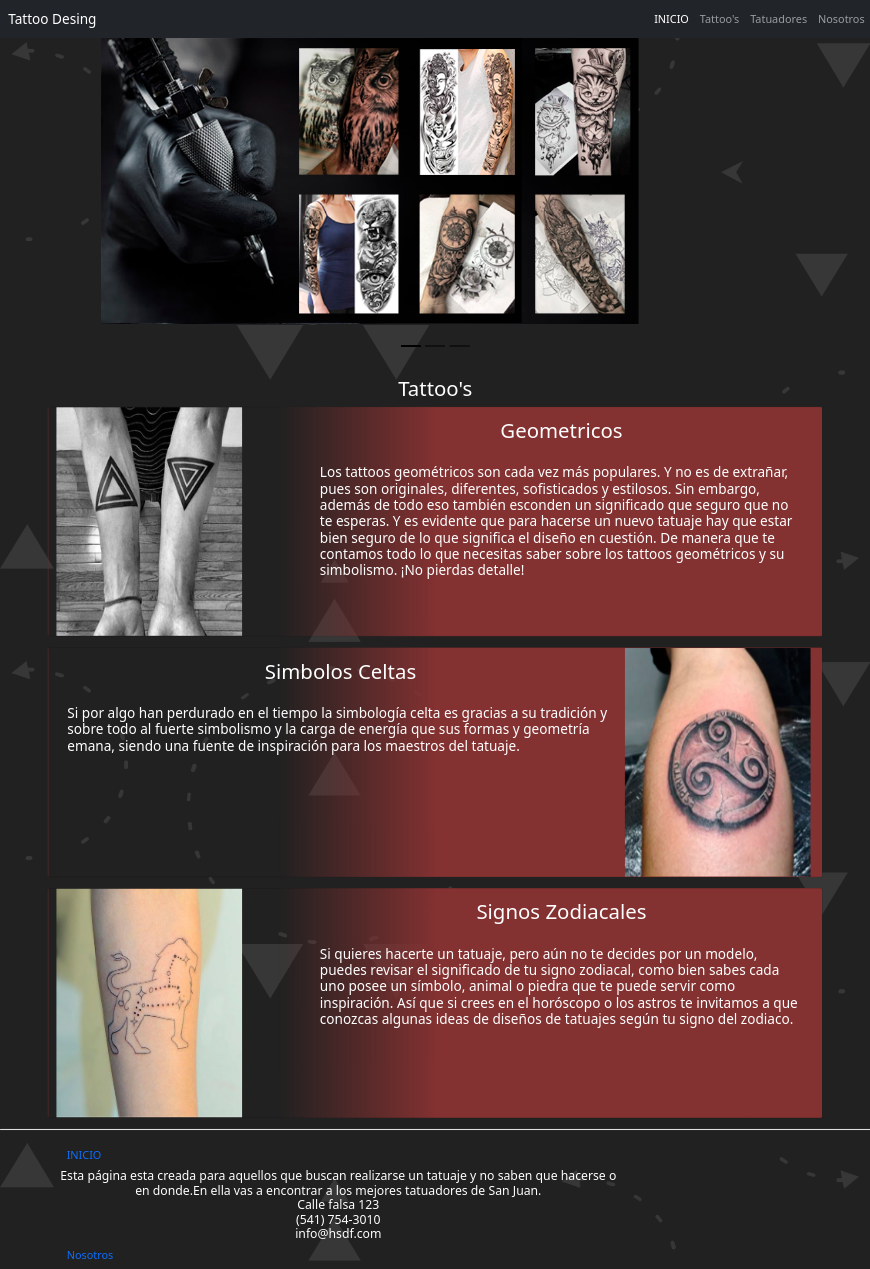
Repository: Vladimir-22/TatooDesign
Page: index.html
These files come from the project's save history. The page is drawn as it stood at one moment and after the next save; the edit follows.
The browser window is 1280 px wide. The pictures show the whole page, at 68% of full size.
Some web libraries are served in a nearby version.

Above is the page before, as saved 2021-05-19 21:44:37.

### index.html
<!DOCTYPE html>
<html lang="es">
  <head>
    <meta charset="UTF-8" />
    <meta http-equiv="X-UA-Compatible" content="IE=edge" />
    <meta name="viewport" content="width=device-width, initial-scale=1.0" />
    <link
      href="https://cdn.jsdelivr.net/npm/bootstrap@5.0.0-beta3/dist/css/bootstrap.min.css"
      rel="stylesheet"
      integrity="sha384-eOJMYsd53ii+scO/bJGFsiCZc+5NDVN2yr8+0RDqr0Ql0h+rP48ckxlpbzKgwra6"
      crossorigin="anonymous"
    />
    <script
      src="https://cdn.jsdelivr.net/npm/bootstrap@5.0.0-beta3/dist/js/bootstrap.bundle.min.js"
      integrity="sha384-JEW9xMcG8R+pH31jmWH6WWP0WintQrMb4s7ZOdauHnUtxwoG2vI5DkLtS3qm9Ekf"
      crossorigin="anonymous"
    ></script>
    <script
      src="https://cdn.jsdelivr.net/npm/bootstrap@5.0.0-beta3/dist/js/bootstrap.bundle.min.js"
      integrity="sha384-JEW9xMcG8R+pH31jmWH6WWP0WintQrMb4s7ZOdauHnUtxwoG2vI5DkLtS3qm9Ekf"
      crossorigin="anonymous"
    ></script>
    <script
      src="https://cdn.jsdelivr.net/npm/@popperjs/core@2.9.1/dist/umd/popper.min.js"
      integrity="sha384-SR1sx49pcuLnqZUnnPwx6FCym0wLsk5JZuNx2bPPENzswTNFaQU1RDvt3wT4gWFG"
      crossorigin="anonymous"
    ></script>
    <script
      src="https://cdn.jsdelivr.net/npm/bootstrap@5.0.0-beta3/dist/js/bootstrap.min.js"
      integrity="sha384-j0CNLUeiqtyaRmlzUHCPZ+Gy5fQu0dQ6eZ/xAww941Ai1SxSY+0EQqNXNE6DZiVc"
      crossorigin="anonymous"
    ></script>
    <link
      rel="stylesheet"
      href="https://use.fontawesome.com/releases/v5.8.1/css/all.css"
      integrity="sha384-50oBUHEmvpQ+1lW4y57PTFmhCaXp0ML5d60M1M7uH2+nqUivzIebhndOJK28anvf"
      crossorigin="anonymous"
    />
    <link rel="stylesheet" href="css/styles.css" />
    <title>Tattoo Desing</title>
  </head>

  <body>
    <nav class="navbar navbar-expand-lg navbar-dark bg-dark">
      <div class="container-fluid">
        <!-- <i class="fas fa-bars"></i> -->

        <div class="col-md-9">
          <a class="navbar-brand" href="#">Tattoo Desing</a>

          <button
            class="navbar-toggler"
            type="button"
            data-bs-toggle="collapse"
            data-bs-target="#navbarNav"
            aria-controls="navbarNav"
            aria-expanded="false"
            aria-label="Toggle navigation"
          >
            <span class="navbar-toggler-icon"></span>
          </button>
        </div>

        <div class="col-md-3 collapse navbar-collapse" id="navbarNav">
          <ul class="navbar-nav">
            <li class="nav-item">
              <a class="nav-link active" aria-current="page" href="#">INICIO</a>
            </li>
            <li class="nav-item">
              <a class="nav-link" href="tattoo's.html">Tattoo's</a>
            </li>
            <li class="nav-item">
              <a class="nav-link" href="tatuadores.html">Tatuadores</a>
            </li>
            <li class="nav-item">
              <a
                class="nav-link"
                href="nosotros.html"
                tabindex="-1"
                aria-disabled="true"
                >Nosotros</a
              >
            </li>
          </ul>
        </div>
      </div>
    </nav>

    <div class="container">
      <div class="row" id="carrusel">
        <div
          id="carouselExampleDark"
          class="carousel carousel-dark slide"
          data-bs-ride="carousel"
        >
          <div class="carousel-indicators">
            <button
              type="button"
              data-bs-target="#carouselExampleDark"
              data-bs-slide-to="0"
              class="active"
              aria-current="true"
              aria-label="Slide 1"
            ></button>
            <button
              type="button"
              data-bs-target="#carouselExampleDark"
              data-bs-slide-to="1"
              aria-label="Slide 2"
            ></button>
            <button
              type="button"
              data-bs-target="#carouselExampleDark"
              data-bs-slide-to="2"
              aria-label="Slide 3"
            ></button>
          </div>

          <div class="carousel-inner">
            <div class="carousel-item active" data-bs-interval="10000">
              <img
                id="imgCarrusel"
                src="./Agos/Carrusel/trae-tu-diseño.png"
                class="d-block w-20"
                alt="..."
              />
              <!-- <div class="carousel-caption d-none d-md-block">
                            <h5>First slide label</h5>
                            <p>Some representative placeholder content for the first slide.</p>
                        </div> -->
            </div>
            <div class="carousel-item" data-bs-interval="4000">
              <img
                id="imgCarrusel"
                src="./Agos/Carrusel/Tendencias.png"
                class="d-block w-20"
                alt="..."
              />
              <!-- <div class="carousel-caption d-none d-md-block">
                            <h5>Second slide label</h5>
                            <p>Some representative placeholder content for the second slide.</p>
                        </div> -->
            </div>
            <div class="carousel-item" data-bs-interval="2000">
              <img
                id="imgCarrusel"
                src="./Agos/Carrusel/Tatuadores-banner.png"
                class="d-block w-20"
                alt="..."
              />
              <!-- <div class="carousel-caption d-none d-md-block">
                            <h5>Third slide label</h5>
                            <p>Some representative placeholder content for the third slide.</p>
                        </div> -->
            </div>
          </div>

          <!-- <button class="carousel-control-prev" type="button" data-bs-target="#carouselExampleDark" data-bs-slide="prev">
                  <span class="carousel-control-prev-icon" aria-hidden="true"></span>
                  <span class="visually-hidden">Previous</span>
                </button>
                <button class="carousel-control-next" type="button" data-bs-target="#carouselExampleDark" data-bs-slide="next">
                  <span class="carousel-control-next-icon" aria-hidden="true"></span>
                  <span class="visually-hidden">Next</span>
                </button> -->
        </div>
      </div>

      <div class="row section2 text-center">
        <h1>Tattoo's</h1>
      </div>

      <div class="row">
        <!-- <div class="card mb-3">
                <img src="./Pedro/Categorías - Signos Zodiacales/Simbolos Celtas.PNG" class="card-img-top" alt="...">
                <div class="card-body">
                    <h5 class="card-title">Card title</h5>
                    <p class="card-text">This is a wider card with supporting text below as a natural lead-in to additional content. This content is a little bit longer.</p>
                    <p class="card-text"><small class="text-muted">Last updated 3 mins ago</small></p>
                </div>
            </div> -->

        <div id="Geometricos" class="card mb-3" style="max-width: auto">
          <div class="row g-0">
            <div class="col-md-4">
              <img
                id="imagen"
                src="./Pedro/Categorías - descripcion inicio/Tatuajes Geometricos.jpg"
                alt="..."
              />
            </div>
            <div class="col-md-8">
              <div class="card-body">
                <h1 class="card-title">Geometricos</h1>
                <br />
                <h5 id="descrip-gral" class="card-text">
                  Los tattoos geométricos son cada vez más populares. Y no es de
                  extrañar, pues son originales, diferentes, sofisticados y
                  estilosos. Sin embargo, además de todo eso también esconden un
                  significado que seguro que no te esperas. Y es evidente que
                  para hacerse un nuevo tatuaje hay que estar bien seguro de lo
                  que significa el diseño en cuestión. De manera que te contamos
                  todo lo que necesitas saber sobre los tattoos geométricos y su
                  simbolismo. ¡No pierdas detalle!
                </h5>
                <!-- <p class="card-text"><small class="text-muted">Última actualización 3 minutos</small></p> -->
              </div>
            </div>
          </div>
        </div>

        <div id="Celtas" class="card mb-3" style="max-width: auto">
          <div class="row g-0">
            <div class="col-md-9">
              <div class="card-body">
                <h1 class="card-title">Simbolos Celtas</h1>
                <br />
                <h5 id="descrip-gral" class="card-text">
                  Si por algo han perdurado en el tiempo la simbología celta es
                  gracias a su tradición y sobre todo al fuerte simbolismo y la
                  carga de energía que sus formas y geometría emana, siendo una
                  fuente de inspiración para los maestros del tatuaje.
                </h5>
                <!-- <p class="card-text"><small class="text-muted">Última actualización 3 minutos</small></p> -->
              </div>
            </div>
            <div class="col-md-3">
              <img
                id="imagen"
                src="./Pedro/Categorías - descripcion inicio/Simbolos Celtas.jpg"
                alt="..."
              />
            </div>
          </div>
        </div>

        <div id="Zodiacales" class="card mb-3" style="max-width: auto">
          <div class="row g-0">
            <div class="col-md-4">
              <img
                id="imagen"
                src="./Pedro/Categorías - descripcion inicio/Signos Zodiacales.jpg"
                alt="..."
              />
            </div>
            <div class="col-md-8">
              <div class="card-body">
                <h1 class="card-title">Signos Zodiacales</h1>
                <br />
                <h5 id="descrip-gral" class="card-text">
                  Si quieres hacerte un tatuaje, pero aún no te decides por un
                  modelo, puedes revisar el significado de tu signo zodiacal,
                  como bien sabes cada uno posee un símbolo, animal o piedra que
                  te puede servir como inspiración. Así que si crees en el
                  horóscopo o los astros te invitamos a que conozcas algunas
                  ideas de diseños de tatuajes según tu signo del zodiaco.
                </h5>
                <!-- <p class="card-text"><small class="text-muted">Última actualización 3 minutos</small></p> -->
              </div>
            </div>
          </div>
        </div>
      </div>
    </div>
  </body>
  <footer>
    <div class="footer" id="footer">
      <div id="footer" class="card mb-3" style="auto"></div>
        <div class="container">
            <div class="row">
                <div class="col-md-2">
                    <div class="col align-self-start">
                        <a class="nav-link active" aria-current="page" href="#">INICIO</a>
                    </div>
                </div>
            </div>
            <div class="row">
                <div class="col-md-9">
                    <h3 id="descrip-gral" class="card-text">
                        Esta página esta creada para aquellos que buscan realizarse un
                        tatuaje y no saben que hacerse o en donde.En ella vas a
                        encontrar a los mejores tatuadores de San Juan.<br />
                        Calle falsa 123<br />
                        (541) 754-3010<br />
                        info@hsdf.com<br />
                    </h3>
                </div>
            </div>
            <div class="row">
                <div class="col-md-3">
                    <a class="nav-link" href="nosotros.html" tabindex="-1" aria-disabled="true" >Nosotros</a>
                </div>
            </div>
      </div>
    </div>
  </footer>
</html>

### css/styles.css
body {
    margin: 0 !important;
    padding: 0;
    position: relative;
    /*width: 1440px;
    height: 1024px;*/
    background: #212121;
    background-image: url(../Daniela/Background.png);
    background-position: center;
    background-size: contain;
    /* font-family: NanumGothic; */
}

.section2 {
    margin-top: 7%;
    color: white;
}

.section3 {
    margin-top: 3%;
    color: white;
}

h1 {
    font-size: 30px;
}

h2 {
    font-size: 21px;
}

h3 {
    font-size: 18px;
}

h1,
h2,
h3 {
    color: white;
    text-align: center;
}


/*.card img {
    width: 30%;
    height: 30%;
    align-content: center;
} */

nav {
    position: absolute;
    left: 0% !important;
    right: 0% !important;
    top: 0% !important;
    bottom: 0% !important;
    background: #000000 !important;
}

.carousel-indicators {
    left: 0% !important;
    right: 0% !important;
    top: 105% !important;
    bottom: 0% !important;
    margin-top: 0% !important;
}

.carousel-inner {
    left: 6% !important;
    right: 0% !important;
    top: 0% !important;
}



#Geometricos,
#Celtas,
#Zodiacales{
    background: linear-gradient(270deg, #833131 50%, rgba(131, 49, 49, 0) 70.34%);
    border-radius: 4px;
}

#nosotros
{
    background: none;
}

#descrip-gral {
    color: white;
}

#imagen {
    width: 273px;
    height: 336px;
}

#Celtas #imagen {
    right: 100% !important;
    top: 660px;
}

After the next save:
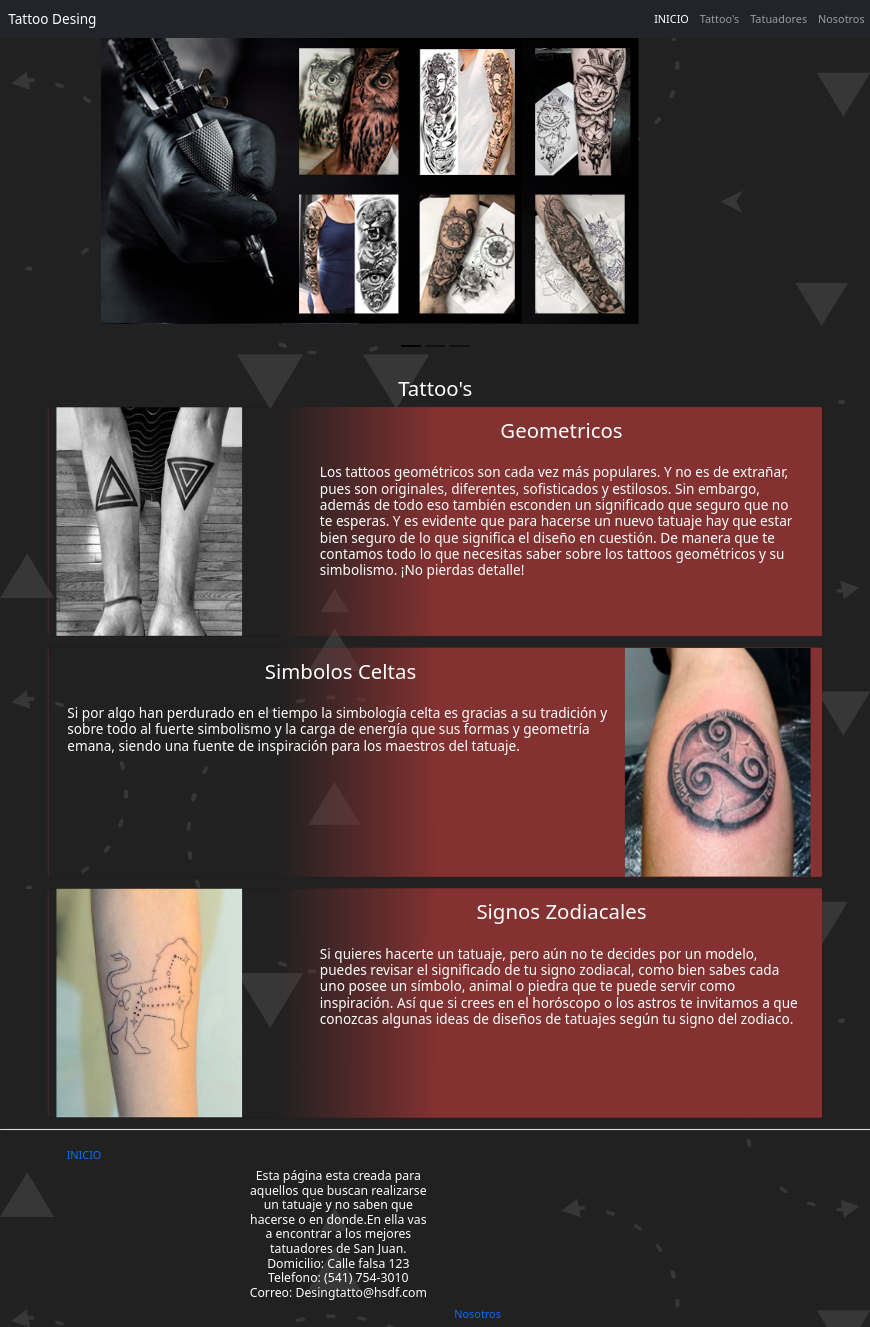
Saved 2 min 57 s later.
--- a/index.html
+++ b/index.html
@@ -273,20 +273,25 @@
                         <a class="nav-link active" aria-current="page" href="#">INICIO</a>
                     </div>
                 </div>
+                <div <div class="col-md-2"></div>
             </div>
             <div class="row">
-                <div class="col-md-9">
+                <div class="col-md-3"></div>
+                <div class="col-md-3">
                     <h3 id="descrip-gral" class="card-text">
                         Esta página esta creada para aquellos que buscan realizarse un
                         tatuaje y no saben que hacerse o en donde.En ella vas a
                         encontrar a los mejores tatuadores de San Juan.<br />
-                        Calle falsa 123<br />
-                        (541) 754-3010<br />
-                        info@hsdf.com<br />
+                        Domicilio: Calle falsa 123<br />
+                        Telefono: (541) 754-3010<br />
+                        Correo: Desingtatto@hsdf.com<br />
                     </h3>
                 </div>
+                <div class="col-md-3"></div>
             </div>
             <div class="row">
+                <div class="col-md-3"></div>
+                <div class="col-md-3"></div>
                 <div class="col-md-3">
                     <a class="nav-link" href="nosotros.html" tabindex="-1" aria-disabled="true" >Nosotros</a>
                 </div>
